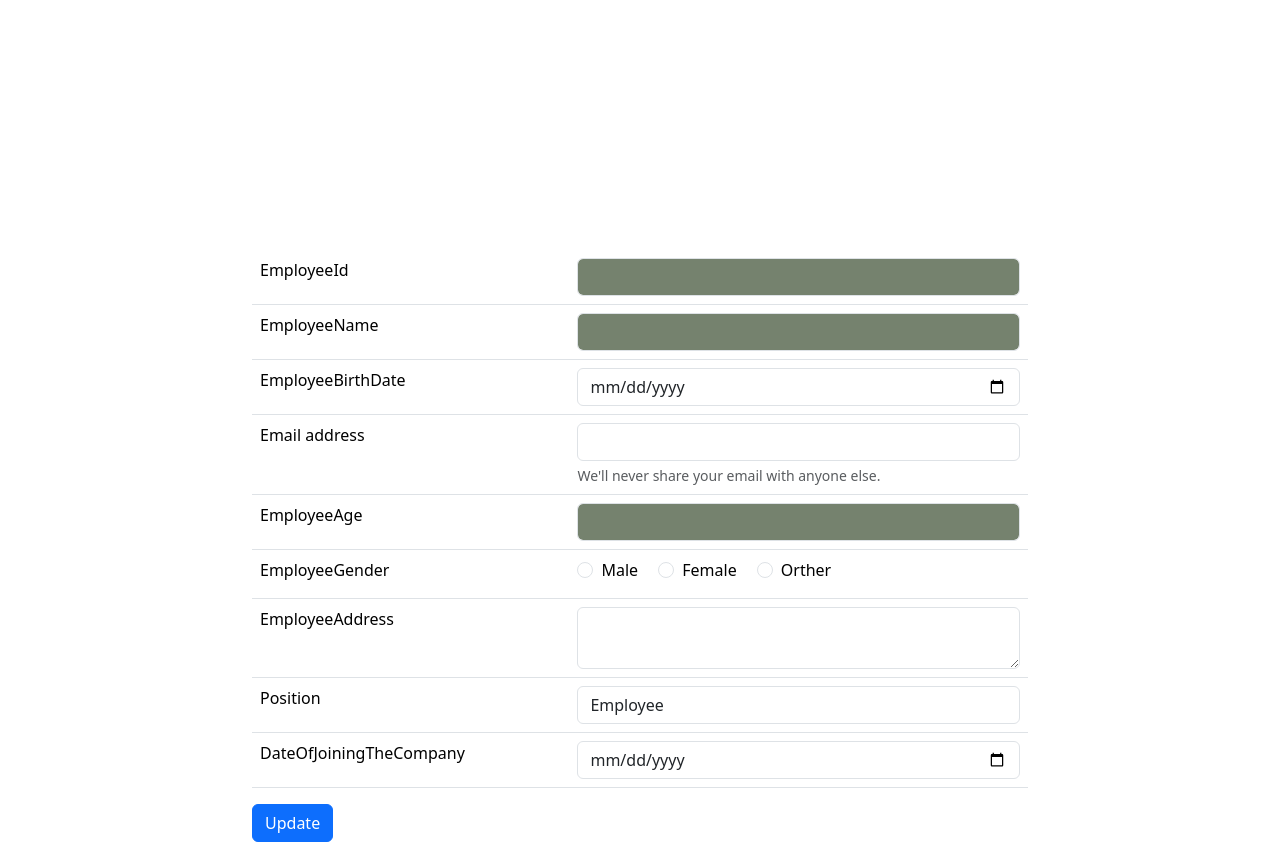
Repository: tranhuuan1703/BaiTapServlet
Page: http://localhost/bai_tap_jsp_servlet/views/Edit.jsp
The author's editor kept a copy of each file at every save. The page is drawn from the files as they stood at one save, then again after the next save.
The browser window is 1280 px wide. The pictures show the whole page.
Some web libraries are served in a nearby version. The page is served by Tomcat 9.

Above is the page before, as saved 2024-08-10 07:25:32.

After the next save:
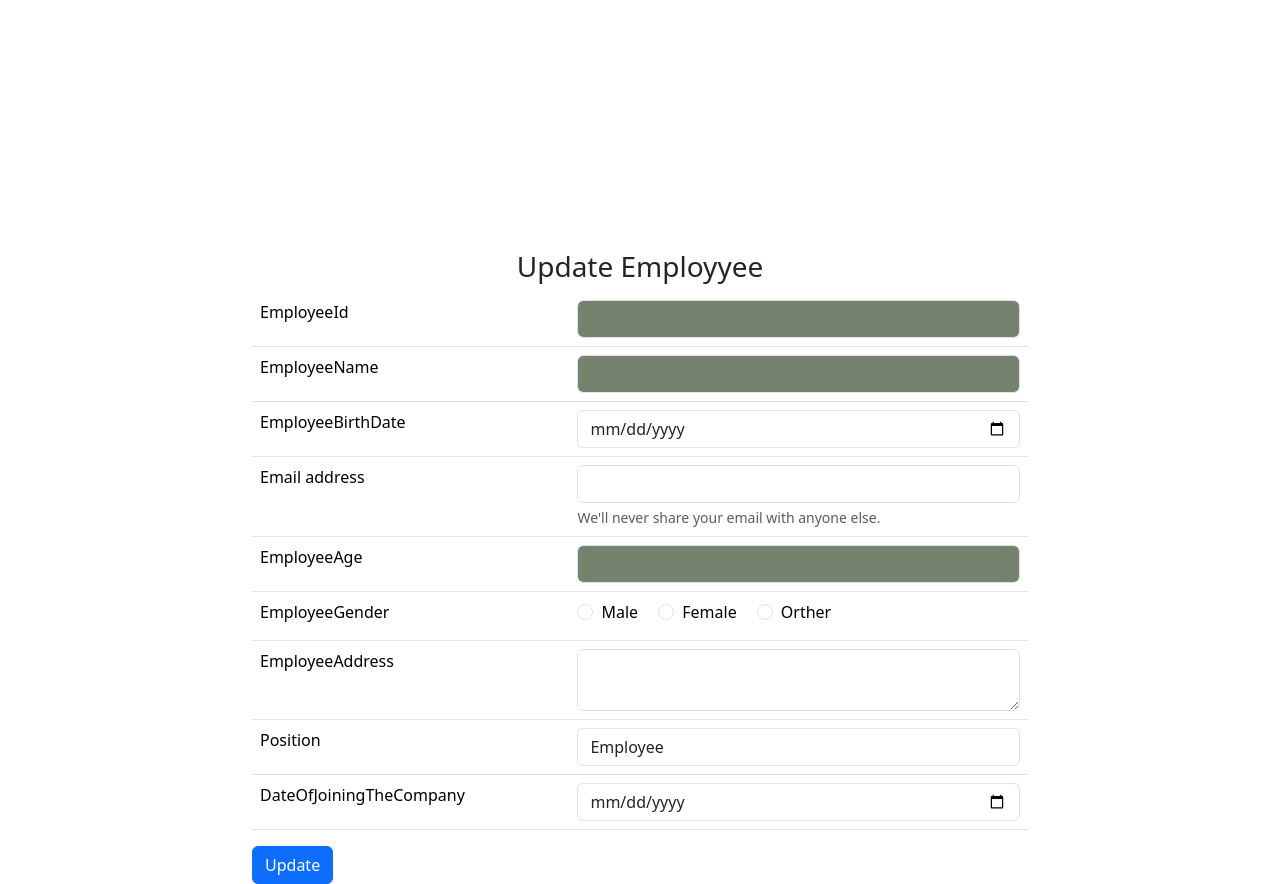
Saved 20 s later.
--- a/bai_tap_jsp_servlet/bai_tap_jsp_servlet/src/main/webapp/views/Edit.jsp
+++ b/bai_tap_jsp_servlet/bai_tap_jsp_servlet/src/main/webapp/views/Edit.jsp
@@ -17,6 +17,7 @@
    </head>
    <body>
       <div class="container" style="margin-top:250px; width:800px">
+      <center><h3>Update Employyee</h3></center>
          <form id="updateForm" action="updateEmployeeController" method="get">
             <table class="table">
               <tr>
